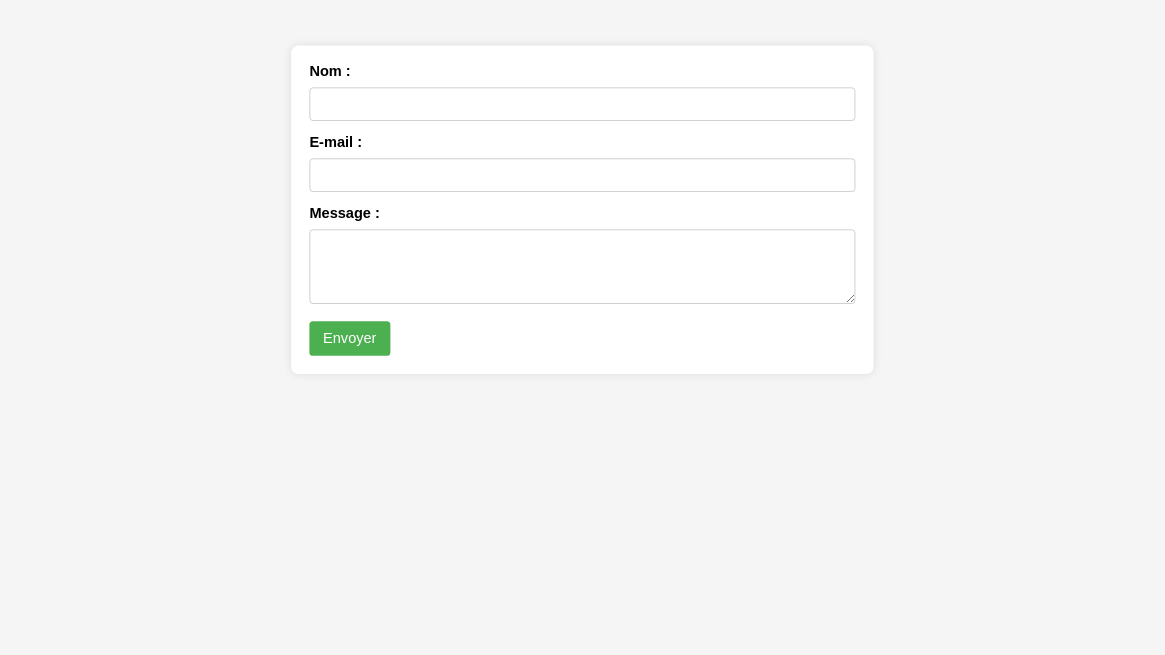
Repository: Flexo874/ISITECH-HTML-CSS
Page: contact/contact.html
These files come from the project's save history. The page is drawn as it stood at one moment and after the next save; the edit follows.
The browser window is 1280 px wide. The pictures show the whole page, at 91% of full size.

Above is the page before, as saved 2024-01-04 11:28:58.

After the next save:
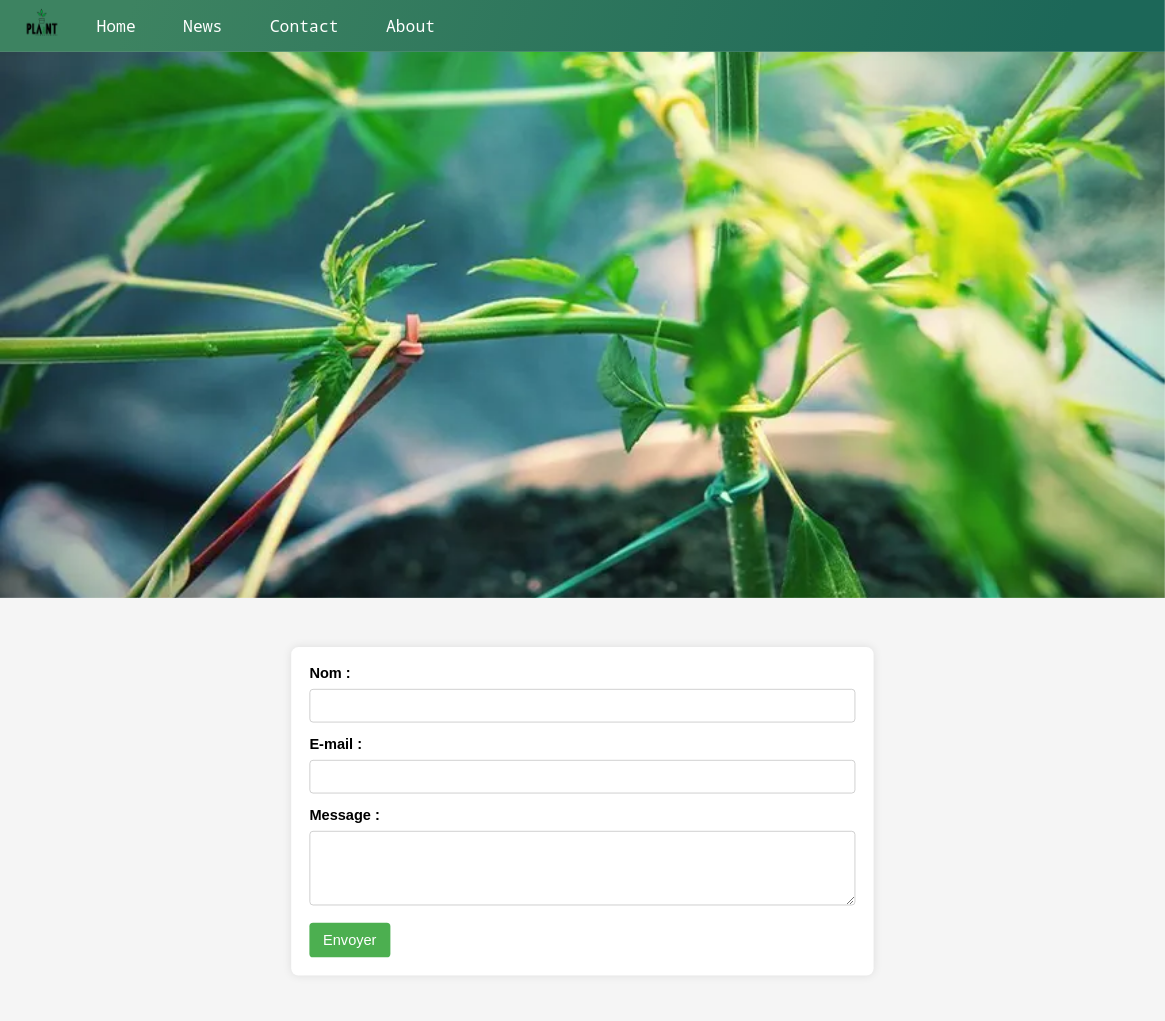
Saved 64 s later.
--- a/contact/contact.html
+++ b/contact/contact.html
@@ -7,6 +7,19 @@
     <link rel="stylesheet" href="styles.css">
 </head>
 <body>
+    <ul>
+        <li>  <img src="images/logo_render.png" alt="Logo"></li>
+        <li><a href="#home">Home</a></li>
+        <li><a href="#news">News</a></li>
+        <li><a href="#contact">Contact</a></li>
+        <li><a href="#about">About</a></li>
+    </ul>
+
+    <div class="plant-img">
+        <img src="images/Step-8-If-You-Want-You-Can-Train-Your-Cannabis-Plants-To-Increase-Yield.webp">
+    </div>
+
+
 
     <form action="#" method="post">
         <label for="name">Nom :</label>
--- a/contact/styles.css
+++ b/contact/styles.css
@@ -46,3 +46,56 @@ button {
 button:hover {
     background-color: #45a049;
 }
+
+
+ul {
+    list-style-type: none;
+    margin: 0;
+    padding: 0;
+    overflow: hidden;
+    background-image: linear-gradient(
+      109.6deg,
+      rgba(61, 131, 97, 1) 11.2%,
+      rgba(28, 103, 88, 1) 91.1%
+    );
+    display: flex;
+    list-style: none;
+    box-sizing: border-box;
+    justify-content: left;
+  }
+
+  li img {
+    width: 50px;
+    height: auto;
+    vertical-align: middle;
+  }
+
+  li {
+    position: relative;
+    margin-left: 20px;
+  }
+
+  li a {
+    display: block;
+    color: white;
+    text-align: center;
+    padding: 18px 16px;
+    text-decoration: none;
+    font-size: 18px;
+    transition: 0.4s ease-in-out;
+    position: center;
+    font-family: "Noto Mono", monospace;
+  }
+
+  li a:hover {
+    background-color: #00564B;
+    border-radius: 5px;
+    transform: scale(1.2);
+  }
+
+  .plant-img img {
+    width: 100%;
+    height: 600px;
+    object-fit: cover;
+    overflow: hidden;
+  }
